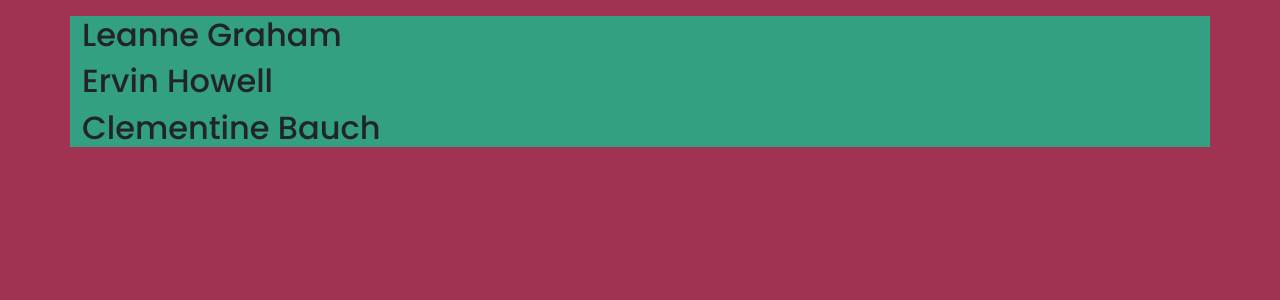
Repository: DeraBola/user-app
Page: /
These files come from the project's save history. The page is drawn as it stood at one moment and after a run of saves; the edit follows.
The browser window is 1280 px wide. The pictures show the whole page.
The project was rebuilt for these pictures with package versions that can differ from the ones it lists, and the page was loaded fresh each time.

Above is the page before, as saved 2022-08-04 20:03:34.

### src/index.js
import React from 'react';
import ReactDOM from 'react-dom/client';
import './index.css';
import App from './App';


const root = ReactDOM.createRoot(document.getElementById('root'));
root.render(
  <React.StrictMode>
    <App />
  </React.StrictMode>
);

### src/App.js

 import React, { useState } from "react";
 import "bootstrap/dist/css/bootstrap.min.css"
 import './App.css'
 import UsersList from "../src/components/UsersList";

const App = () => {

const [users, setusers] = useState([
  {
      "id": 1,
      "name": "Leanne Graham",
      "username": "Bret",
      "email": "Sincere@april.biz",
      "address": {
          "street": "Kulas Light",
          "suite": "Apt. 556",
          "city": "Gwenborough",
          "zipcode": "92998-3874",
          "geo": {
              "lat": "-37.3159",
              "lng": "81.1496"
          }
      },
      "phone": "1-770-736-8031 x56442",
      "website": "hildegard.org",
      "company": {
          "name": "Romaguera-Crona",
          "catchPhrase": "Multi-layered client-server neural-net",
          "bs": "harness real-time e-markets"
      }
  },
  {
      "id": 2,
      "name": "Ervin Howell",
      "username": "Antonette",
      "email": "Shanna@melissa.tv",
      "address": {
          "street": "Victor Plains",
          "suite": "Suite 879",
          "city": "Wisokyburgh",
          "zipcode": "90566-7771",
          "geo": {
              "lat": "-43.9509",
              "lng": "-34.4618"
          }
      },
      "phone": "010-692-6593 x09125",
      "website": "anastasia.net",
      "company": {
          "name": "Deckow-Crist",
          "catchPhrase": "Proactive didactic contingency",
          "bs": "synergize scalable supply-chains"
      }
  },
  {
      "id": 3,
      "name": "Clementine Bauch",
      "username": "Samantha",
      "email": "Nathan@yesenia.net",
      "address": {
          "street": "Douglas Extension",
          "suite": "Suite 847",
          "city": "McKenziehaven",
          "zipcode": "59590-4157",
          "geo": {
              "lat": "-68.6102",
              "lng": "-47.0653"
          }
      },
      "phone": "1-463-123-4447",
      "website": "ramiro.info",
      "company": {
          "name": "Romaguera-Jacobson",
          "catchPhrase": "Face to face bifurcated interface",
          "bs": "e-enable strategic applications"
      }
  },]);

  return (
    <div className="container">
      <div className="grid">
      <UsersList users={users} />
    </div>
    </div>
  )
};

export default App;

### src/App.css
@import url('https://fonts.googleapis.com/css2?family=Manrope:wght@300;400&family=Poppins:wght@300;400;500;600&display=swap');
body {
    font-family: 'Poppins', sans-serif;
    margin: 0;
    padding: 0;
    text-decoration: none;
    list-style-type: none;
    outline: none;
    background: #a03351;
}

.container {
    width: 100%;
    margin: 1em auto;
    background-color: #33a082;
}

grid. {}

### src/components/UsersList.js
import React from "react";

const UsersList = (props) =>{
    return (
        <>
        {props.users.map((user, index) => (
        <div>
            <h2>{user.name}</h2>
        </div>
    ))}
        </>
    );
};

export default UsersList;

Loaded but not shown: public/index.html (common file); src/index.css (common file)

After the next 2 saves:
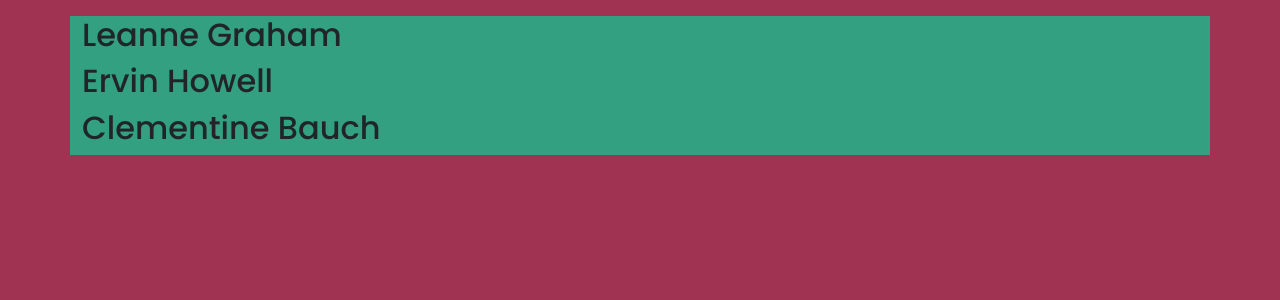
The 2 saves are shown as one change because they came seconds apart.
The last was saved 14 s later.
--- a/src/App.css
+++ b/src/App.css
@@ -15,4 +15,6 @@ body {
     background-color: #33a082;
 }
 
-grid. {}
+.grid {
+    display: grid;
+}
